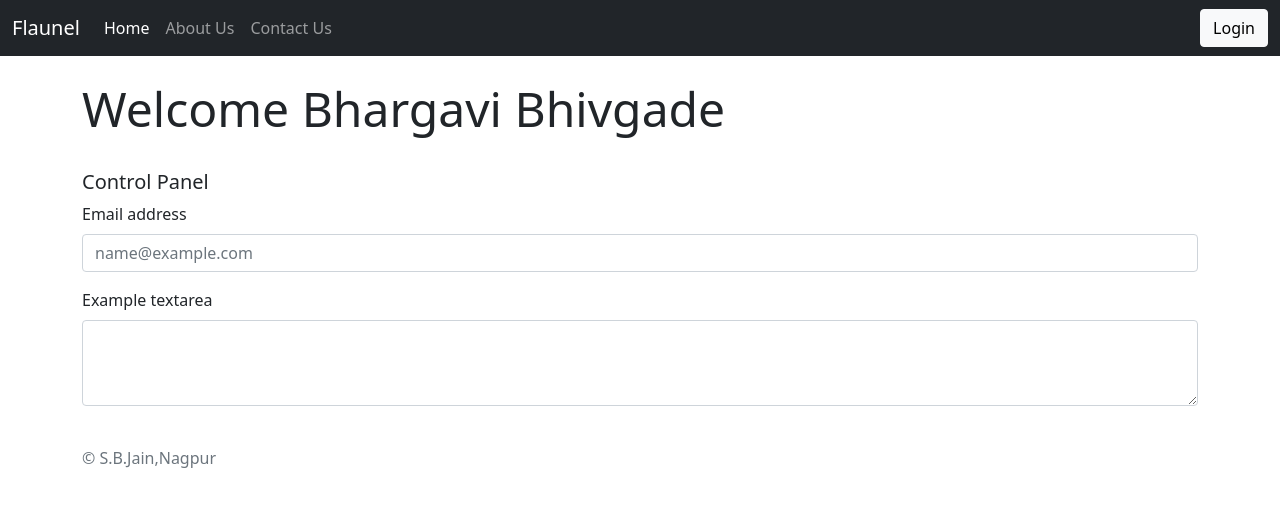
Repository: bhivgadePrajakta/Flaunel--A-LED-Display-Board
Page: http://localhost/home.php
An editor plug-in stored every save of this project. The page is shown before and after the next save, followed by the edit.
The browser window is 1280 px wide. The pictures show the whole page.
The page is run by PHP 8.4 with error messages shown; the project is at /var/www/html/.

Above is the page before, as saved 2022-04-30 12:26:59.

After the next save:
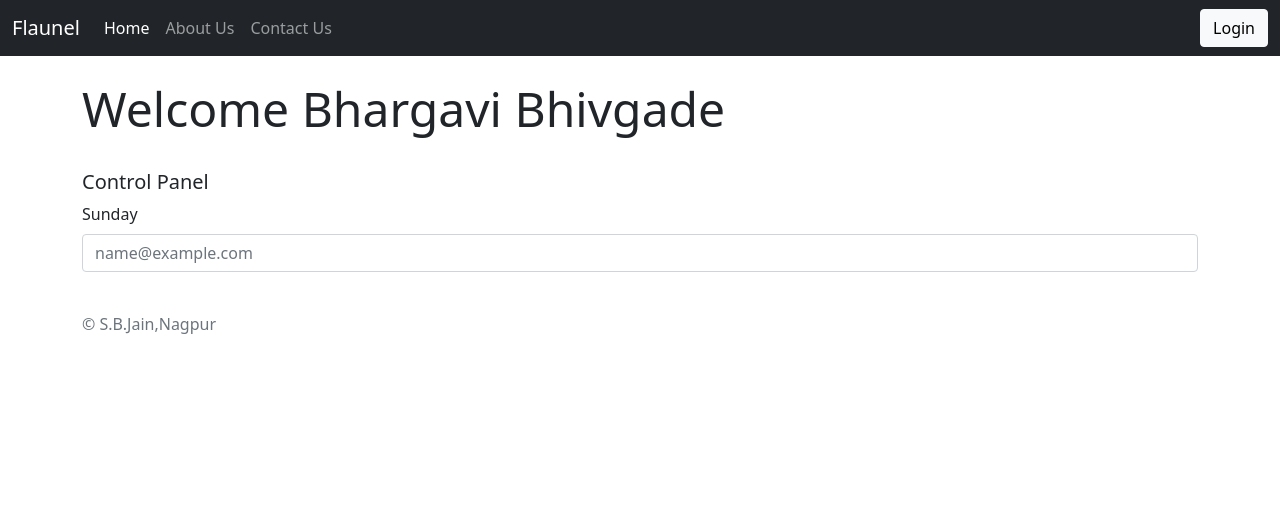
Saved 65 s later.
--- a/home.php
+++ b/home.php
@@ -44,13 +44,10 @@
     <br>
     <h5>Control Panel</h5>
     <div class="mb-3">
-  <label for="exampleFormControlInput1" class="form-label">Email address</label>
+  <label for="sunday" class="form-label">Sunday</label>
   <input type="email" class="form-control" id="exampleFormControlInput1" placeholder="name@example.com">
 </div>
-<div class="mb-3">
-  <label for="exampleFormControlTextarea1" class="form-label">Example textarea</label>
-  <textarea class="form-control" id="exampleFormControlTextarea1" rows="3"></textarea>
-</div>
+
 </div>
 
 <div class="container">
